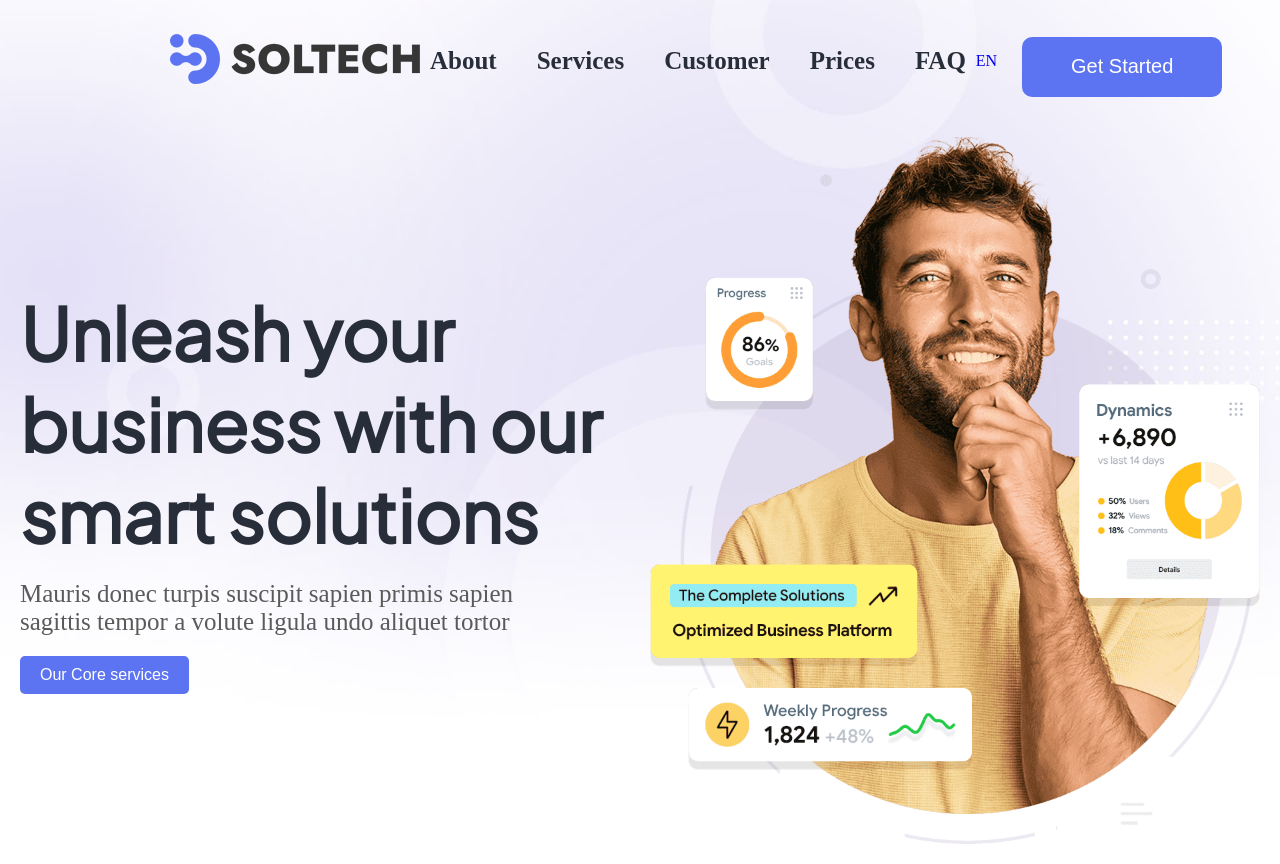
Repository: md-rabbi-hossain/Soltech-html
Page: index.html
An editor plug-in stored every save of this project. The page is shown before and after the next save, followed by the edit.
The browser window is 1280 px wide. The pictures show the whole page.

Above is the page before, as saved 2025-01-08 14:46:15.

After the next save:
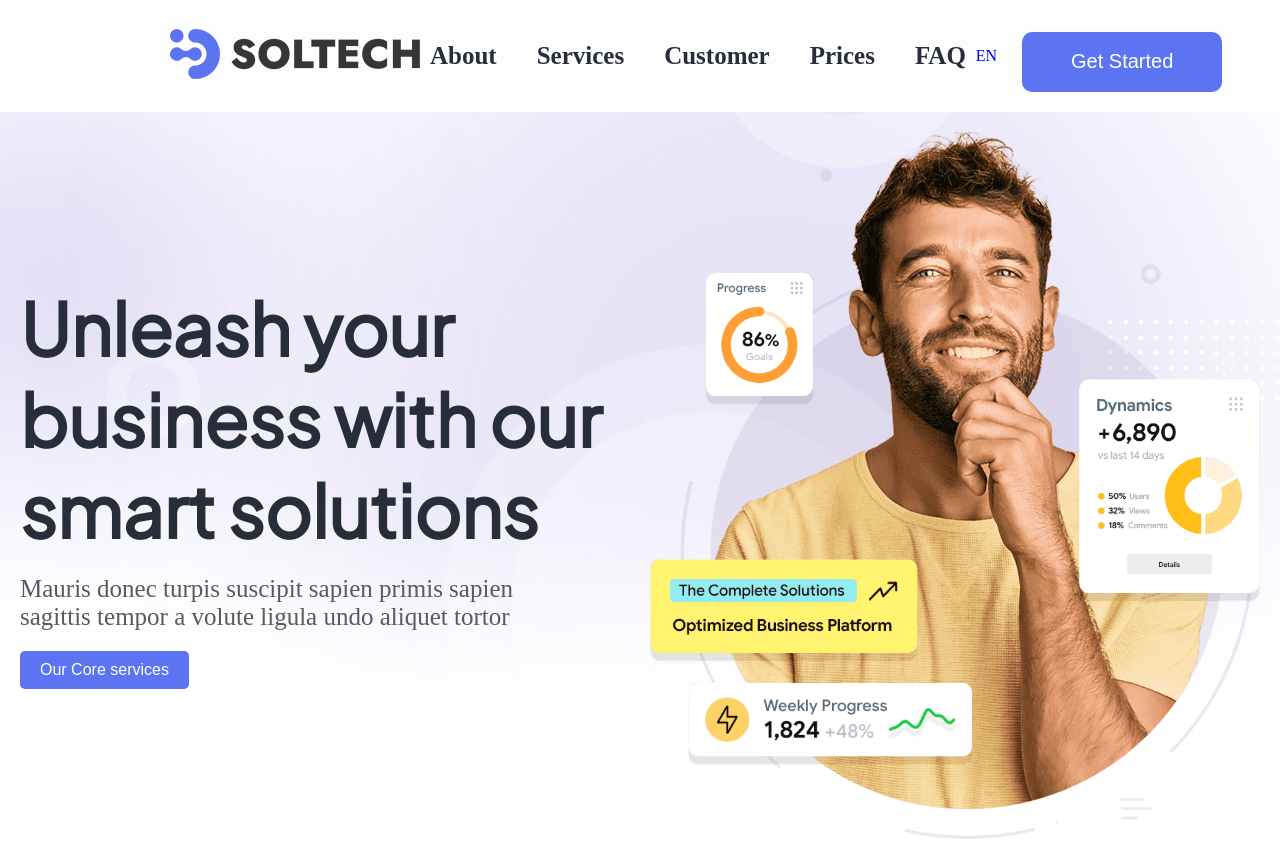
Saved 3 min 57 s later.
--- a/Css/style.css
+++ b/Css/style.css
@@ -50,8 +50,12 @@ nav {
   align-items: center;
   padding-left: 170px;
   padding-right: 150px;
-  padding-top: 25px;
+  padding-top: 20px; /* Changed padding-top to 20px */
   padding-bottom: 20px;
+  background-color: #fdfdfe; /* Set the background color */
+  position: sticky; /* Make the navbar sticky */
+  top: 0; /* Stick the navbar to the top */
+  z-index: 1000;
 }
 .logo img {
   max-height: 50px;
